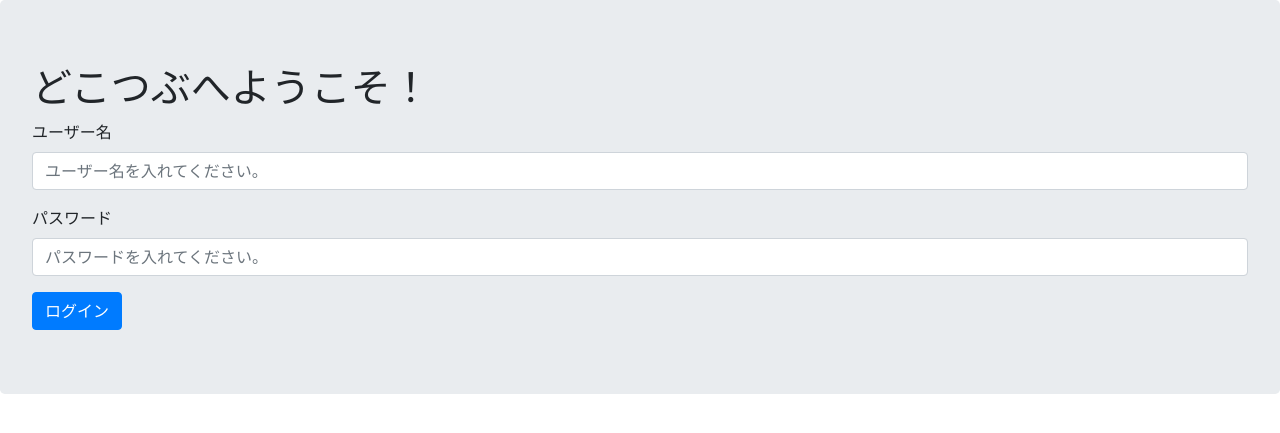
Repository: lunalice/01_START
Page: http://localhost/hello_world_now/
These files come from the project's save history. The page is drawn as it stood at one moment and after the next save; the edit follows.
The browser window is 1280 px wide. The pictures show the whole page.
The page is served by Tomcat 9. Other server files are loaded and not shown.

Above is the page before, as saved 2018-02-07 05:48:46.
Console error: TypeError: Cannot read properties of undefined (reading 'fn')

### eclipse-workspace/hello_world_now/WebContent/index.jsp
<%@ page language="java" contentType="text/html; charset=UTF-8"
	pageEncoding="UTF-8"%>
<!DOCTYPE html>
<html>
<head>
<meta http-equiv="Content-Type" content="text/html; charset=UTF-8">
<link rel="stylesheet"
	href="https://maxcdn.bootstrapcdn.com/bootstrap/4.0.0/css/bootstrap.min.css"
	integrity="sha384-Gn5384xqQ1aoWXA+058RXPxPg6fy4IWvTNh0E263XmFcJlSAwiGgFAW/dAiS6JXm"
	crossorigin="anonymous">
<script
	src="https://maxcdn.bootstrapcdn.com/bootstrap/4.0.0/js/bootstrap.min.js"
	integrity="sha384-JZR6Spejh4U02d8jOt6vLEHfe/JQGiRRSQQxSfFWpi1MquVdAyjUar5+76PVCmYl"
	crossorigin="anonymous"></script>
<title>どこつぶ</title>
</head>
<body>
	<div class="jumbotron">
	<div class="panel-heading"><h1>どこつぶへようこそ！</h1></div>
	<form action="/hello_world_now/Login" method="post">
		<div class="form-group">
			<label for="InputEmail">ユーザー名</label>
			<input type="text" class="form-control" name="name" placeholder="ユーザー名を入れてください。">
		</div>
		<div class="form-group">
			<label for="InputEmail">パスワード</label>
			<input type="text" class="form-control" name="pass" placeholder="パスワードを入れてください。">
		</div>
		<input class="btn btn-primary" type="submit" value="ログイン">
	</form>
	</div>
</body>
</html>

After the next save:
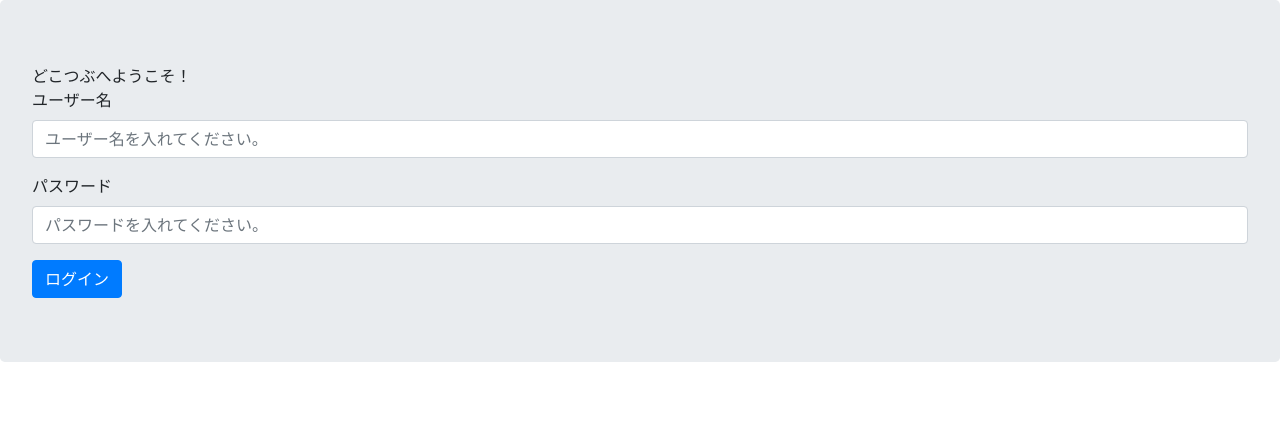
Saved 25 s later.
--- a/eclipse-workspace/hello_world_now/WebContent/index.jsp
+++ b/eclipse-workspace/hello_world_now/WebContent/index.jsp
@@ -16,7 +16,7 @@
 </head>
 <body>
 	<div class="jumbotron">
-	<div class="panel-heading"><h1>どこつぶへようこそ！</h1></div>
+	<div class="panel-heading">どこつぶへようこそ！</div>
 	<form action="/hello_world_now/Login" method="post">
 		<div class="form-group">
 			<label for="InputEmail">ユーザー名</label>
